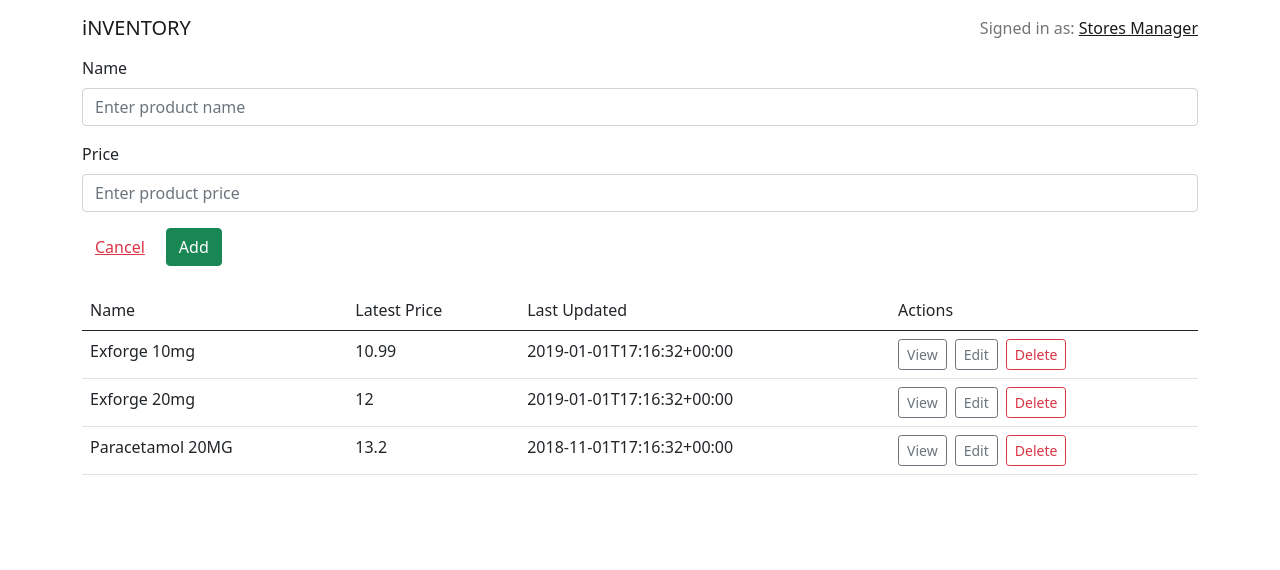
Repository: tHEO2k17/inventory-manager
Page: /
An editor plug-in stored every save of this project. The page is shown before and after a run of saves, followed by the edit.
The browser window is 1280 px wide. The pictures show the whole page.
The project was rebuilt for these pictures with package versions that can differ from the ones it lists, and the page was loaded fresh each time.

Above is the page before, as saved 2021-08-31 09:15:25.

After the next 2 saves:
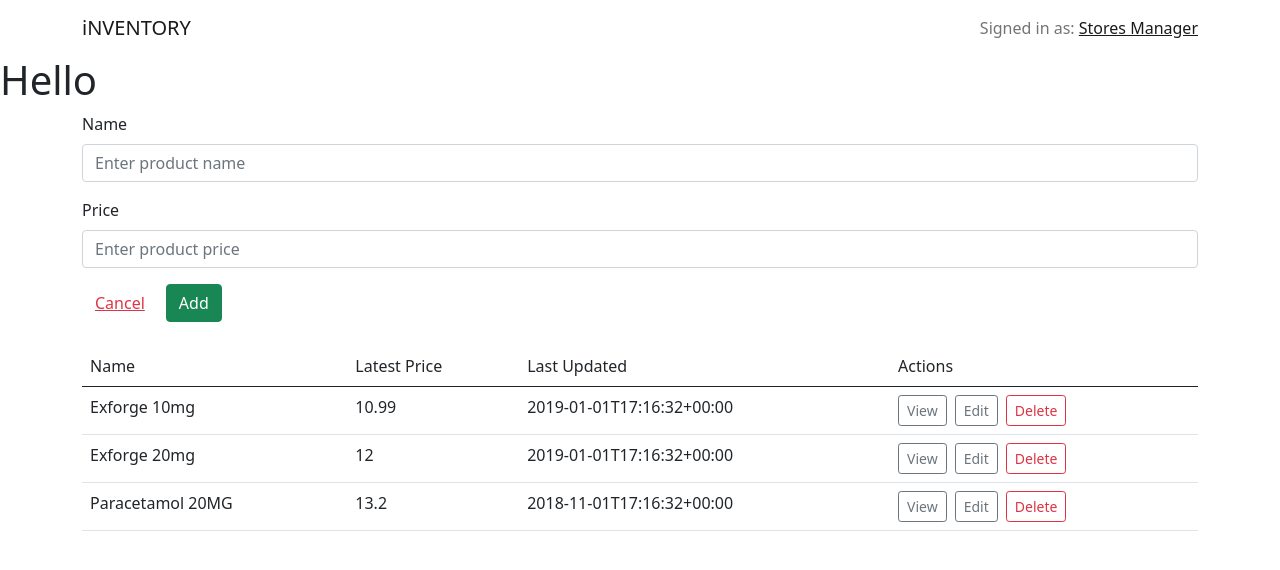
The 2 saves are shown as one change because 1 did not build or start.
The last was saved 45 s later.
--- a/src/presentation/pages/ProductsPage.tsx
+++ b/src/presentation/pages/ProductsPage.tsx
@@ -1,6 +1,7 @@
 import { Component } from "react"
 import { Container, Table } from "react-bootstrap";
 import { mock } from "../../core/mock";
+import Banner from "../components/Banner";
 import Product from "../components/Product";
 import ProductForm from "../components/ProductForm";
 import TopBar from "../components/TopBar";
@@ -14,6 +15,7 @@ export default class ProductsPage extends Component {
         return (
             <>
             <TopBar/>
+            <Banner/>
             <Container>
                 <ProductForm/>
                 <br/>
--- a/src/presentation/components/Banner.tsx
+++ b/src/presentation/components/Banner.tsx
@@ -1,5 +1,7 @@
 const Banner = () => {
-
+    return (
+        <h1>Hello</h1>
+    );
 }
 
 export default Banner;

After the save that followed:
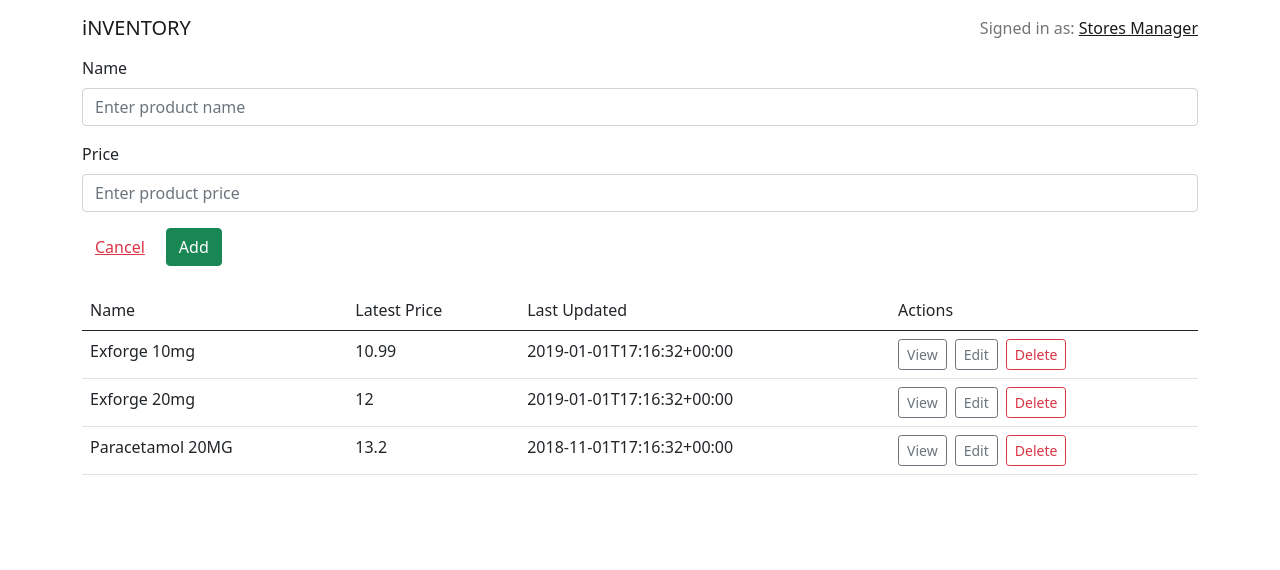
Saved 46 s later.
--- a/src/presentation/components/Banner.tsx
+++ b/src/presentation/components/Banner.tsx
@@ -1,6 +1,8 @@
 const Banner = () => {
     return (
-        <h1>Hello</h1>
+       <section className="bg-success">
+
+       </section>
     );
 }
 
